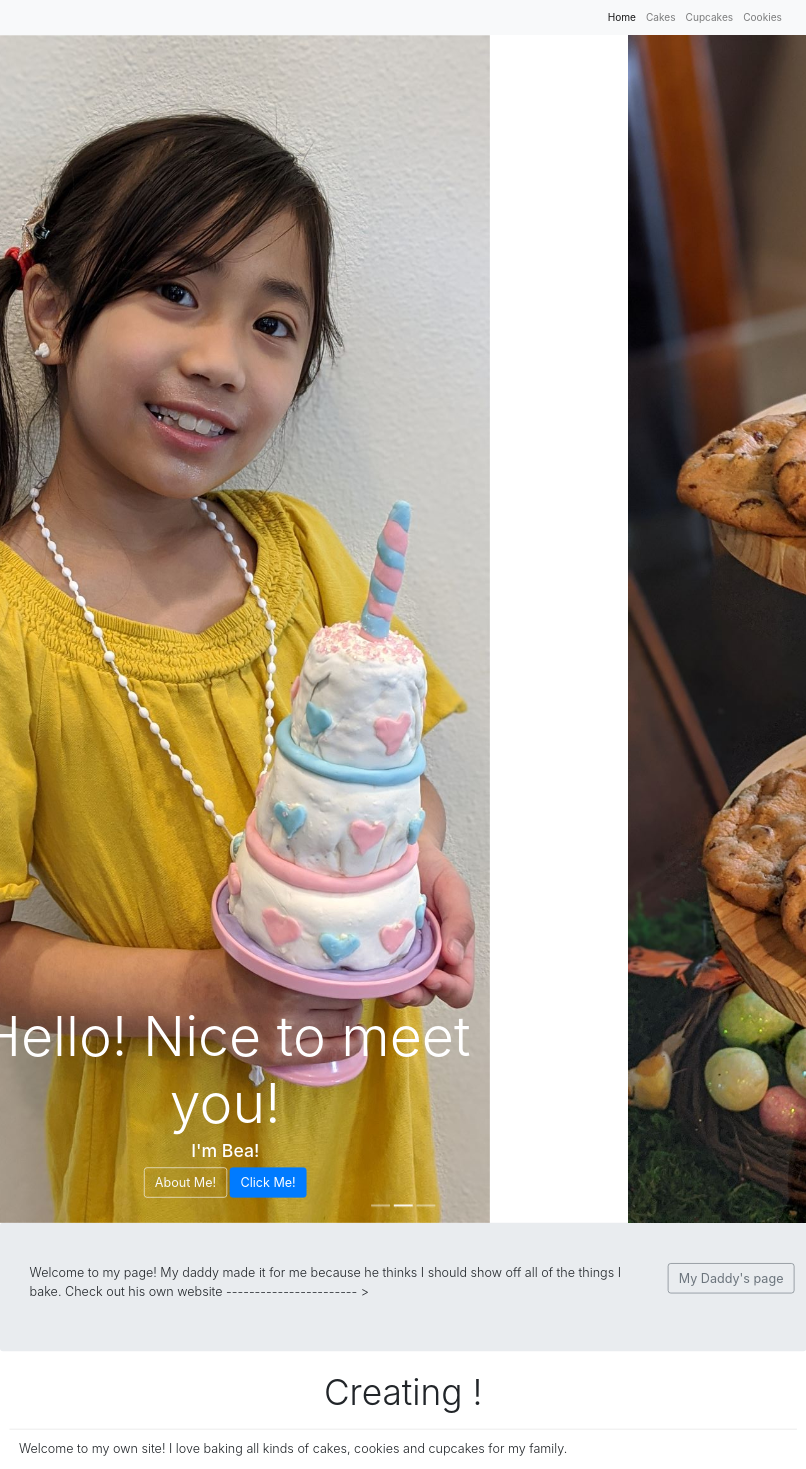
Repository: djzaragoza/Bea-Creation
Page: index.html
An editor plug-in stored every save of this project. The page is shown before and after the next save, followed by the edit.
The browser window is 1280 px wide. The pictures show the whole page, at 63% of full size.
Some web libraries are served in a nearby version.

Above is the page before, as saved 2020-04-07 12:22:36.

After the next save:
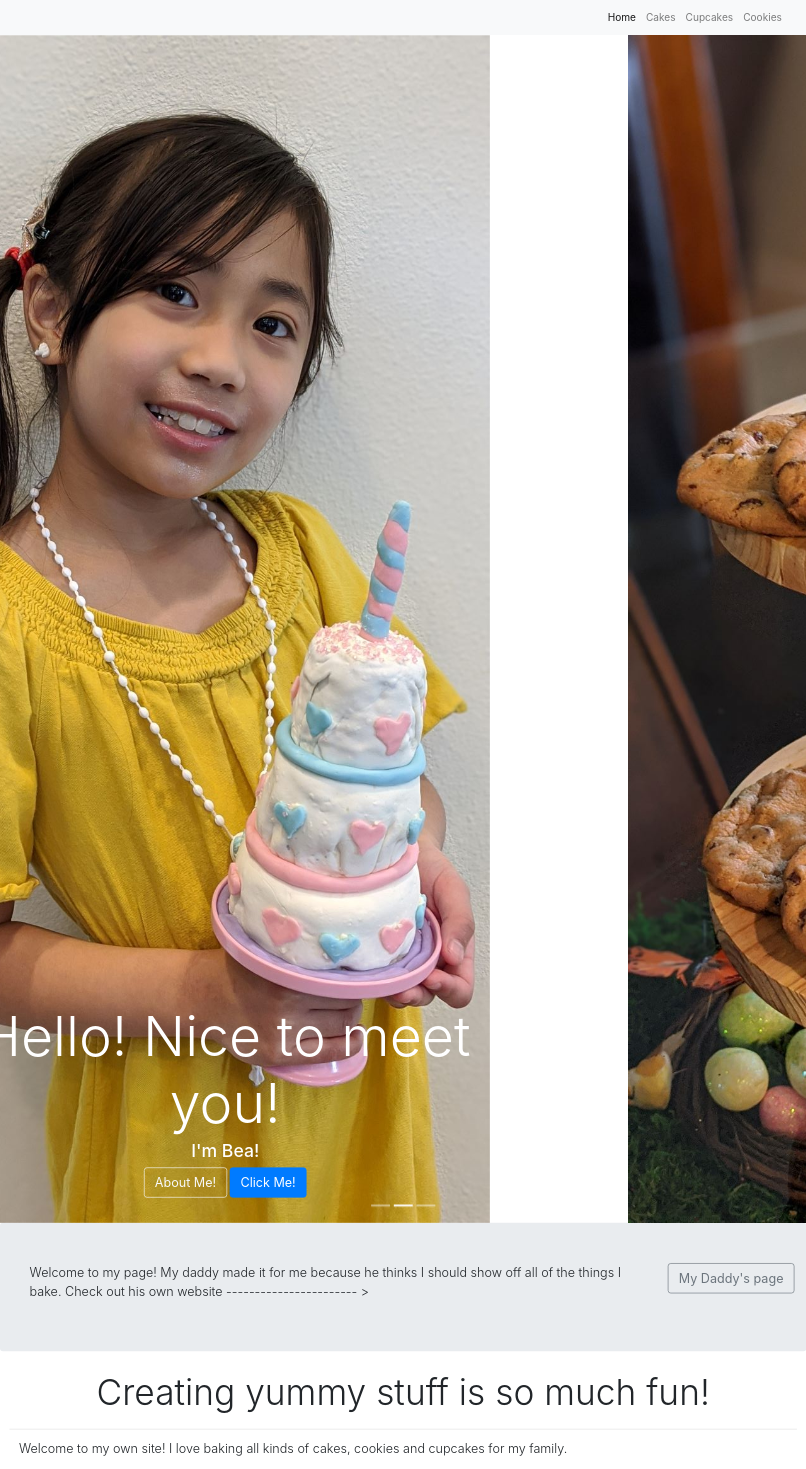
Saved 6 s later.
--- a/index.html
+++ b/index.html
@@ -88,7 +88,7 @@
 <div class="container-fluid padding">
 <div class="row welcome text-center">
     <div class="col-12">
-        <h1 class="display-4">Creating !</div>
+        <h1 class="display-4">Creating yummy stuff is so much fun!</div>
     </div>
     <hr>
     <div class="col-12">
